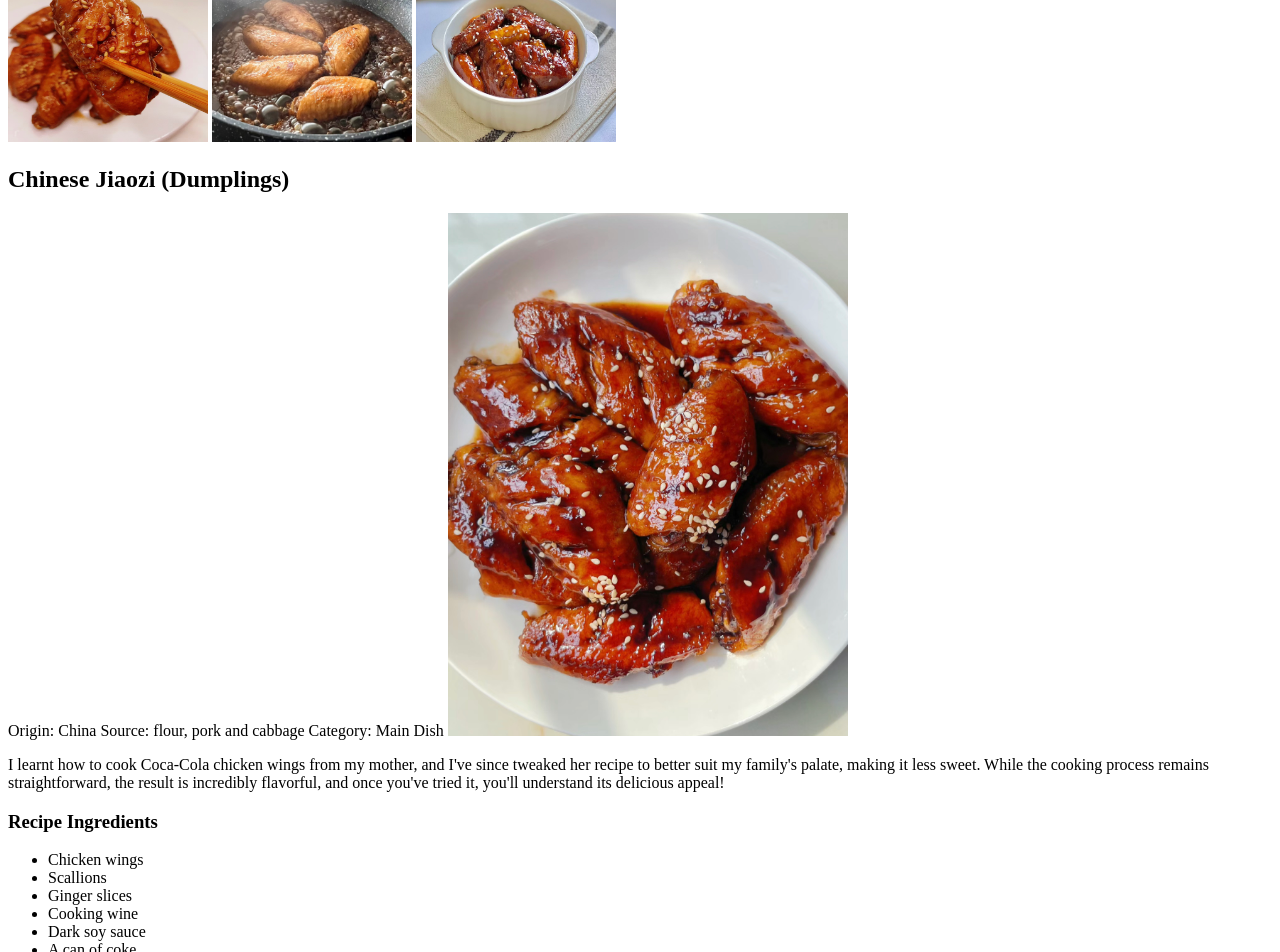
Repository: lulyany/starter_html
Page: recipes.html
These files come from the project's save history. The page is drawn as it stood at one moment and after the next save; the edit follows.
The browser window is 1280 px wide. The pictures show the part of the page from y = 1212 to 2164 px (the page is 3731 px tall).
A picture or video elsewhere on the page could not be fetched, so the positions and the page height are approximate.

Above is the page before, as saved 2023-09-16 00:50:54.

### recipes.html
<!DOCTYPE html>
<html lang="en">
<head>
    <meta charset="UTF-8">
    <meta name="viewport" content="width=device-width, initial-scale=1.0">
    <title>Recipes</title>
</head>
<body>
    <header>
        <a href="">Skip to Main Content</a>
        <nav>
            <ul>
                <li>
                    <a href="index.html">Pets</a>
                </li>
                <li>
                    <a href="travel.html">Travel</a>
                </li>
                <li>
                    <a href="recipes.html">Recipes</a>
                </li>
            </ul>
        </nav>
        </header>

    <main>
        <div>
            <h2>Coca-Cola Chicken Wings</h2>
            <span>Origin: China</span>
            <span>Source: Family Recipe</span>
            <span>Category: Main Dish</span>

            <img src="images/coca_cola_chicken_wings.jpg" width = "400" alt="Chicken wings.">
            <p>I learnt how to cook Coca-Cola chicken wings from my mother, and I've since tweaked her recipe to better suit my family's palate, making it less sweet. While the cooking process remains straightforward, the result is incredibly flavorful, and once you've tried it, you'll understand its delicious appeal!</p>
            <h3>Recipe Ingredients</h3>
            <ul>
                <li>Chicken wings</li>
                <li>Scallions</li>
                <li>Ginger slices</li>
                <li>Cooking wine</li>
                <li>Dark soy sauce</li>
                <li>A can of coke</li>
            </ul>

            <h3>Recipe Steps</h3>
            <ol>
                <li>Wash and place chicken wings in a bowl</li>
                <li>Add scallions, ginger slices, cooking wine, dark soy sauce and salt to the washed chicken wings, and mix them well</li>
                <li>Cover the bowl with plastic wrap and marinate the chicken wings for 1 hour</li>
                <li>Put the right amount of oil in the pot, and put the marinated chicken wings into the pot and fry it until golden brown on both sides</li>
                <li>After fry the chicken wings until golden brown on both sides, then pour a can of coke into the pan and bring to a boil</li>
                <li>Continue to cook for an additional 2-3 minutes until the glaze has thickened and coats the wings nicely</li>
                <li>Transfer the Coca-Cola glazed chicken wings to a serving platter</li>
            </ol>

            <h3>Additional Food images</h3>
            <img src="images/chicken_wings_chopsticks.jpg" width = "200" height="200" alt="A chicken wing picked up by chopsticks">
            <img src="images/boils_in_coke.jpg" width = "200" height="200" alt="Chicken wings boiled in coke">
            <img src="images/chicken-wings_and_rice_cake.jpg" width = "200" height="200" alt="Coca-cola chicken wings served with rice cake">

        </div>

        <div>
            <h2>Chinese Jiaozi (Dumplings)</h2>
            <span>Origin: China</span>
            <span>Source: flour, pork and cabbage</span>
            <span>Category: Main Dish</span>

            <img src="images/coca_cola_chicken_wings.jpg" width = "400" alt="Chicken wings.">
            <p>I learnt how to cook Coca-Cola chicken wings from my mother, and I've since tweaked her recipe to better suit my family's palate, making it less sweet. While the cooking process remains straightforward, the result is incredibly flavorful, and once you've tried it, you'll understand its delicious appeal!</p>
            <h3>Recipe Ingredients</h3>
            <ul>
                <li>Chicken wings</li>
                <li>Scallions</li>
                <li>Ginger slices</li>
                <li>Cooking wine</li>
                <li>Dark soy sauce</li>
                <li>A can of coke</li>
            </ul>

            <h3>Recipe Steps</h3>
            <ol>
                <li>Wash and place chicken wings in a bowl</li>
                <li>Add scallions, ginger slices, cooking wine, dark soy sauce and salt to the washed chicken wings, and mix them well</li>
                <li>Cover the bowl with plastic wrap and marinate the chicken wings for 1 hour</li>
                <li>Put the right amount of oil in the pot, and put the marinated chicken wings into the pot and fry it until golden brown on both sides</li>
                <li>After fry the chicken wings until golden brown on both sides, then pour a can of coke into the pan and bring to a boil</li>
                <li>Continue to cook for an additional 2-3 minutes until the glaze has thickened and coats the wings nicely</li>
                <li>Transfer the Coca-Cola glazed chicken wings to a serving platter</li>
            </ol>

            <h3>Additional Food images</h3>
            <img src="images/chicken_wings_chopsticks.jpg" width = "200" height="200" alt="A chicken wing picked up by chopsticks">
            <img src="images/boils_in_coke.jpg" width = "200" height="200" alt="Chicken wings boiled in coke">
            <img src="images/chicken-wings_and_rice_cake.jpg" width = "200" height="200" alt="Coca-cola chicken wings served with rice cake">

        </div>

    <div>
        <h2>Double Chocolate Cookies</h2>
        <span>Origin: Michigan</span>
        <span>Source: Family Recipe</span>
        <span>Category: Dessert</span>

        <img src="images/double_chocolate_cookies.png" width = "400" alt="">
        <p>My daughter learned to make these cookies at a baking camp at Zingermanns and has tweaked the recipe to fit the taste buds of her siblings.  They are extremely sugary so the salt helps to balance it.  Note, these cookies are best eaten very quickly.</p>
        <h3>Recipe Ingredients</h3>
        <ul>
            <li>Unsalted butter</li>
            <li>Granulated Sugar</li>
            <li>Packed light or dark brown sugar</li>
            <li>Large egg</li>
            <li>Pure vanilla extract</li>
            <li>Semi-sweet chocolate chunks (melted)</li>
            <li>All-purpose flour</li>
            <li>Natural unsweetened cocoa powder</li>
            <li>Baking soda</li>
            <li>Salt</li>
            <li>Semi-sweet chocolate chunks</li>
        </ul>

        <h3>Recipe Steps</h3>
        <ol>
            <li>In a mixing bowl cream together the butter, granulated sugar, and brown sugar</li>
            <li>Add the egg and vanilla extract and beat well</li>
            <li>Add the melted chocolate</li>
            <li>In a separate bowl combine the flour, baking soda, cocoa powder and salt</li>
            <li>Combine the wet and dry ingredients</li>
            <li>Add the unmelted chocolate chunks.</li>
            <li>Form 15 cookies and place on a baking sheet.</li>
            <li>Cook for 12 to 13 minutes at 350 degrees.</li>
        </ol>

        <h3>Additional Food images</h3>
        <img src="images/double_chocolate_chips.png" width = "200" alt="A small pile of chocolate chips">
        <img src="https://images.immediate.co.uk/production/volatile/sites/30/2020/08/chocolate-d9ba778.jpg?quality=90&webp=true&resize=600,545" width = "200" alt="Chocolate melting in a boiler">
        <img src="https://upload.wikimedia.org/wikipedia/commons/8/82/Brown_sugar_examples.JPG" width = "200" alt="Brown sugar in three different shades of darkness">

    </div>
    </main>
</body>
</html>

After the next save:
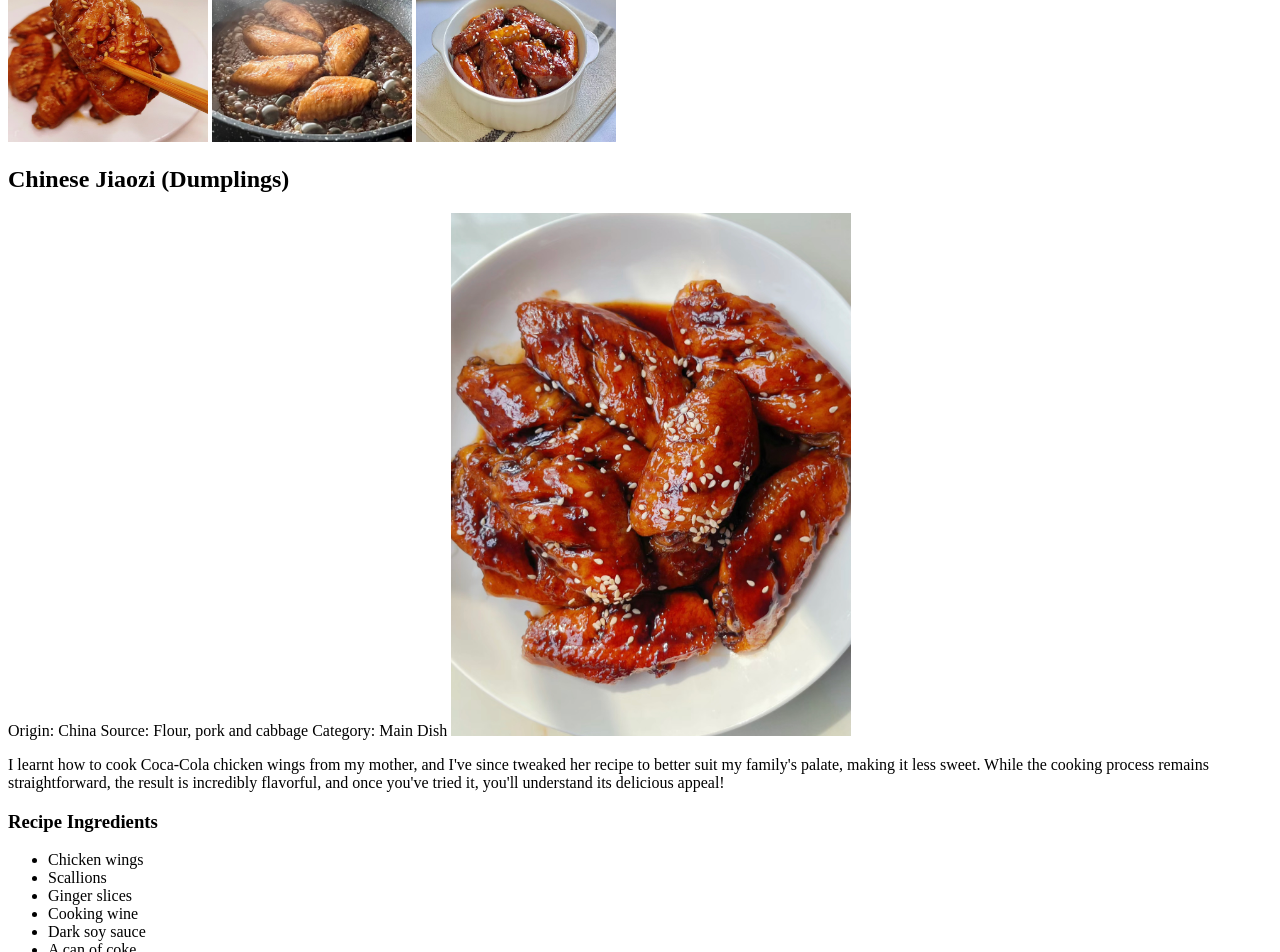
Saved 4 s later.
--- a/recipes.html
+++ b/recipes.html
@@ -63,7 +63,7 @@
         <div>
             <h2>Chinese Jiaozi (Dumplings)</h2>
             <span>Origin: China</span>
-            <span>Source: flour, pork and cabbage</span>
+            <span>Source: Flour, pork and cabbage</span>
             <span>Category: Main Dish</span>
 
             <img src="images/coca_cola_chicken_wings.jpg" width = "400" alt="Chicken wings.">
